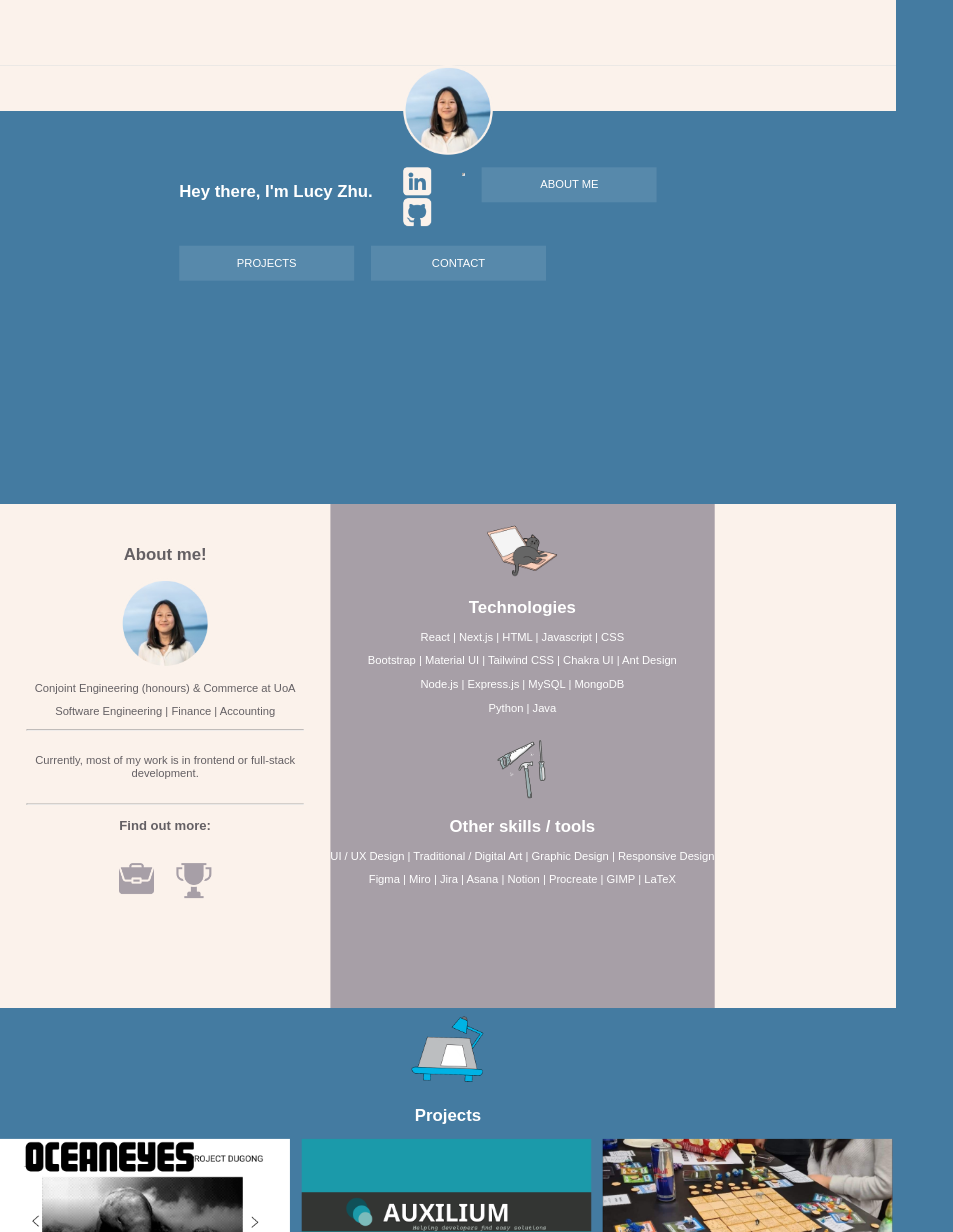
Repository: lukisoo/lukisoo-portfolio
Page: /
The author's editor kept a copy of each file at every save. The page is drawn from the files as they stood at one save, then again after the next save.
The browser window is 1280 px wide. The page is 1280 px wide, then 1362 px, so the pictures cover 1362 px, including what lies to the right of the window. The pictures show the part of the page from y = 0 to 1760 px (the page is 3490 px tall), at 70% of full size.
The project was rebuilt for these pictures with package versions that can differ from the ones it lists, and the page was loaded fresh each time.

Above is the page before, as saved 2022-07-31 17:49:17.

### public/index.html
<!DOCTYPE html>
<html lang="en">
  <head>
    <meta charset="utf-8" />
    <link rel="icon" href="%PUBLIC_URL%/favicon.ico" />
    <meta name="viewport" content="width=device-width, initial-scale=1" />
    <meta name="theme-color" content="#000000" />
    <meta
      name="description"
      content="Web site created using create-react-app"
    />
    <link rel="apple-touch-icon" href="%PUBLIC_URL%/logo192.png" />
    <!--
      manifest.json provides metadata used when your web app is installed on a
      user's mobile device or desktop. See https://developers.google.com/web/fundamentals/web-app-manifest/
    -->
    <link rel="manifest" href="%PUBLIC_URL%/manifest.json" />
    <!--
      Notice the use of %PUBLIC_URL% in the tags above.
      It will be replaced with the URL of the `public` folder during the build.
      Only files inside the `public` folder can be referenced from the HTML.

      Unlike "/favicon.ico" or "favicon.ico", "%PUBLIC_URL%/favicon.ico" will
      work correctly both with client-side routing and a non-root public URL.
      Learn how to configure a non-root public URL by running `npm run build`.
    -->
    <title>Lucy Zhu's Portfolio</title>
  </head>
  <body>
    <noscript>You need to enable JavaScript to run this app.</noscript>
    <div id="root"></div>
    <!--
      This HTML file is a template.
      If you open it directly in the browser, you will see an empty page.

      You can add webfonts, meta tags, or analytics to this file.
      The build step will place the bundled scripts into the <body> tag.

      To begin the development, run `npm start` or `yarn start`.
      To create a production bundle, use `npm run build` or `yarn build`.
    -->
  </body>
</html>

### src/index.js
import React from "react";
import {
  BrowserRouter as Router,
  Route,
  BrowserRouter,
} from "react-router-dom";
import ReactDOM from "react-dom/client";
import "./index.css";
import App from "./App";
import reportWebVitals from "./reportWebVitals";

const root = ReactDOM.createRoot(document.getElementById("root"));
root.render(
  <React.StrictMode>
    <BrowserRouter>
        <App />
    </BrowserRouter>
  </React.StrictMode>
);

// If you want to start measuring performance in your app, pass a function
// to log results (for example: reportWebVitals(console.log))
// or send to an analytics endpoint. Learn more: https://bit.ly/CRA-vitals
reportWebVitals();

### src/index.css
@import url('https://fonts.googleapis.com/css2?family=Source+Sans+Pro:ital,wght@0,200;0,300;0,400;0,600;0,700;0,900;1,200;1,300;1,400;1,600;1,700;1,900&display=swap');

body {
  margin: 0;
  /* font-family: -apple-system, BlinkMacSystemFont, 'Segoe UI', 'Roboto', 'Oxygen',
    'Ubuntu', 'Cantarell', 'Fira Sans', 'Droid Sans', 'Helvetica Neue',
    sans-serif; */
    font-family: arial;
  -webkit-font-smoothing: antialiased;
  -moz-osx-font-smoothing: grayscale;
  background-color: #447BA1;
  color: white;
  /* font-family: 'Source Sans Pro', sans-serif; */
  overflow-x: hidden;
  scroll-behavior: smooth;
}

code {
  font-family: source-code-pro, Menlo, Monaco, Consolas, 'Courier New',
    monospace;
}

a {
  text-decoration: none;
}

### src/App.js
import "./App.css";

import { Link } from "react-router-dom";
import { Tooltip, Grid } from "@mui/material";
import { motion } from "framer-motion";

import ProjectsData from "./data/projectsData";

import ProfilePhoto from "./images/header/profile-photo.png";
import LinkedinLogo from "./images/header/linkedin-logo.png";
import GithubLogo from "./images/header/github-logo.png";
import ExperienceLogo from "./images/about-me/experience.png";
import AchievementsLogo from "./images/about-me/achievements.png";

import Laptop from "./images/about-me/laptop.gif";
import Tools from "./images/about-me/tools.gif";
import Projects from "./images/projects-section/projects.gif";
import Contact from "./images/contact/contact.gif";

function App() {
  return (
    <div className="App">
      <header className="full-section">
        <div className="header-image">
          <img
            src={ProfilePhoto}
            className="profile-photo"
            alt="Profile Photo"
          />
        </div>

        <div className="header-content">
          <Grid container spacing={3}>
            <Grid item xs={12} md={12}>
              <motion.div
                viewport={{ once: true }}
                transition={{ duration: 1 }}
                whileInView={{ y: ["-2000px", "0px", "-50px", "0px"] }}
              >
                <h2>Hey there, I'm Lucy Zhu.</h2>
              </motion.div>
            </Grid>
            <Grid item xs={12} md={12}>
              <Tooltip title="LinkedIn">
                <a href="https://www.linkedin.com/in/lucyzhu613/">
                  <img
                    src={LinkedinLogo}
                    className="social-logo"
                    alt="Linkedin Logo"
                  />
                </a>
              </Tooltip>
              <Tooltip title="Github">
                <a href="https://github.com/lukisoo">
                  <img
                    src={GithubLogo}
                    className="social-logo"
                    alt="Github Logo"
                  />
                </a>
              </Tooltip>
            </Grid>
            <Grid item xs={12} md={12}>
              <hr className="header-divider" />
            </Grid>
            <Grid item xs={12} md={4}>
              <a href="#about-me-section">
                <div className="box-1">
                  <div className="btn btn-one">
                    <span>ABOUT ME</span>
                  </div>
                </div>
              </a>
            </Grid>
            <Grid item xs={12} md={4}>
              <a href="#projects-section">
                <div className="box-1">
                  <div className="btn btn-one">
                    <span>PROJECTS</span>
                  </div>
                </div>
              </a>
            </Grid>
            <Grid item xs={12} md={4}>
              <a href="#contact-section">
                <div className="box-1">
                  <div className="btn btn-one">
                    <span>CONTACT</span>
                  </div>
                </div>
              </a>
            </Grid>
          </Grid>
        </div>
      </header>

      <section id="about-me-section" className="full-section">
        <motion.div
          viewport={{ once: true }}
          transition={{ duration: 1 }}
          whileInView={{ y: ["-2000px", "0px", "-50px", "-25px"] }}
        ></motion.div>
        <div className="about-me-content">
          <Grid container spacing={0}>
            <Grid item xs={12} md={4}>
              <div className="about-me-left">
                {" "}
                <div className="details-content">
                  {" "}
                  <motion.div
                    viewport={{ once: true }}
                    transition={{ duration: 1 }}
                    whileInView={{ y: ["-200px", "0px", "-50px", "0px"] }}
                  >
                    <h1>About me!</h1>
                    <img
                      src={ProfilePhoto}
                      className="profile-photo"
                      alt="Profile Photo"
                    />
                    <p>Conjoint Engineering (honours) & Commerce at UoA</p>
                    <p>Software Engineering | Finance | Accounting</p>
                    <hr />
                    <p>
                      <br />
                      Currently, most of my work is in frontend or full-stack
                      development.
                      <br />
                      <br />
                    </p>
                    <hr />
                    <h3>Find out more:</h3>
                    <div className="about-me-logo-section">
                      <Tooltip title="Experience">
                        <img
                          src={ExperienceLogo}
                          className="about-me-logo"
                          alt="Experience Logo"
                        />
                      </Tooltip>
                      <Tooltip title="Achievements">
                        <img
                          src={AchievementsLogo}
                          className="about-me-logo"
                          alt="Achievements Logo"
                        />
                      </Tooltip>
                    </div>{" "}
                  </motion.div>
                </div>
              </div>
            </Grid>
            <Grid item xs={12} md={8}>
              <div className="about-me-right">
                <div className="skills-content">
                  <motion.div
                    viewport={{ once: true }}
                    transition={{ duration: 1 }}
                    whileInView={{ y: ["-200px", "0px", "-50px", "0px"] }}
                  >
                    <img src={Laptop} className="laptop-gif" alt="Laptop" />
                    <h2>Technologies</h2>
                    <p>React | Next.js | HTML | Javascript | CSS</p>
                    <p>
                      Bootstrap | Material UI | Tailwind CSS | Chakra UI | Ant
                      Design
                    </p>
                    <p>Node.js | Express.js | MySQL | MongoDB</p>
                    <p>Python | Java</p>
                    <br />{" "}
                  </motion.div>{" "}
                  <motion.div
                    viewport={{ once: true }}
                    transition={{ duration: 1 }}
                    whileInView={{ y: ["-200px", "0px", "-50px", "0px"] }}
                  >
                    <img src={Tools} className="tools-gif" alt="Tools" />
                    <h2>Other skills / tools</h2>
                    <p>
                      UI / UX Design | Traditional / Digital Art | Graphic
                      Design | Responsive Design
                    </p>
                    <p>
                      Figma | Miro | Jira | Asana | Notion | Procreate | GIMP |
                      LaTeX
                    </p>{" "}
                  </motion.div>
                </div>
              </div>
            </Grid>
          </Grid>
        </div>
      </section>

      <section id="projects-section" className="full-section-projects">
        <div>
          <img src={Projects} className="projects-gif" alt="Projects" />
          <h1>Projects</h1>
          <Grid container spacing={2}>
            {ProjectsData.map((Project, i) => (
              <Grid item xs={6} md={4}>
                <div className="project-box">
                  <img
                    src={Project.header}
                    className="project-header-image"
                    alt={Project.title}
                  />
                  <h3>{Project.title}</h3>
                  <h4>{Project.affiliation}</h4>
                  <div
                    className="project-bottom-bar"
                    style={{ backgroundColor: Project.color }}
                  ></div>
                </div>
              </Grid>
            ))}
          </Grid>
        </div>
      </section>

      <section id="contact-section" className="full-section">
        <div className="contact-content">
          <img
            src={Contact}
            className="contact-gif"
            alt="Paper Plane - Contact"
          />
          <h1>Contact me!</h1>
          <Grid container spacing={2}>
            <Grid item xs={6} md={8}></Grid>
            <Grid item xs={6} md={4}></Grid>
            <Grid item xs={6} md={4}></Grid>
            <Grid item xs={6} md={8}></Grid>
          </Grid>
        </div>
      </section>
    </div>
  );
}

export default App;

### src/App.css
.App {
  text-align: center;
  margin: 0;
}

/* Section Content */
.full-section {
  height: 100vh;
  width: 100vw;
}

.full-section-projects {
  width: 100vw;
  height: auto;
}

/* Buttons */
.box-1 {
  /* background-color: hsl(0, 100%, 70%);  */
  width: 250px;
  margin: auto;
}

.btn {
  line-height: 50px;
  height: 50px;
  text-align: center;
  width: 250px;
  cursor: pointer;
}

.btn-one {
  color: #fff;
  transition: all 0.3s;
  position: relative;
}
.btn-one span {
  transition: all 0.3s;
}
.btn-one::before {
  content: "";
  position: absolute;
  bottom: 0;
  left: 0;
  width: 100%;
  height: 100%;
  z-index: 1;
  opacity: 0;
  transition: all 0.3s;
  border-top-width: 1px;
  border-bottom-width: 1px;
  border-top-style: solid;
  border-bottom-style: solid;
  border-top-color: rgba(255, 255, 255, 0.5);
  border-bottom-color: rgba(255, 255, 255, 0.5);
  transform: scale(0.1, 1);
}
.btn-one:hover span {
  letter-spacing: 2px;
}
.btn-one:hover::before {
  opacity: 1;
  transform: scale(1, 1);
}
.btn-one::after {
  content: "";
  position: absolute;
  bottom: 0;
  left: 0;
  width: 100%;
  height: 100%;
  z-index: 1;
  transition: all 0.3s;
  background-color: rgba(255, 255, 255, 0.1);
}
.btn-one:hover::after {
  opacity: 0;
  transform: scale(0.1, 1);
}

/* Header CSS */
.header-content {
  width: 60vw;
  height: 70vh;
  margin: 0 auto 0 auto;
  margin-top: 2vh;
  /* background-color: red; */
}

.header-divider {
  color: white;
  border-width: 2px;
}

.header-image {
  background: linear-gradient(180deg, #fbf2eb 50%, #ffffff00 50%);
  border-top: 13vh solid #fbf2eb;
  width: 100vw;
  height: auto;
}

.profile-photo {
  width: 10vw;
  height: auto;
}

.social-logo {
  width: 40px;
  height: auto;
  padding: 0 1% 0 1%;
}

.social-logo:hover {
  opacity: 0.8;
  cursor: pointer;
}

/* About Me CSS */
#about-me-section {
  background-color: #fbf2eb;
}

.about-me-content {
  height: 100vh;
  width: 100vw;
}

.about-me-logo-section {
  /* height: 100px; */
}

.about-me-logo {
  width: 50px;
  margin: 5% 3% 0 3%;
  padding: 1%;
}

.about-me-logo:hover {
  border-radius: 15px;
  /* border: 1px solid #A79FA7; */
  opacity: 0.8;
  cursor: pointer;
}

.about-me-left {
}

.details-content {
  padding: 8% 8% 8% 8%;
  color: #646064;
}

.about-me-right {
  background-color: #a79fa7;
  height: 100vh;
}

.skills-content {
  padding: 5% 0 5% 0;
}

.laptop-gif {
  width: 8vw;
}

.tools-gif {
  width: 6vw;
}

/* Projects CSS */
.projects-gif {
  width: 9vw;
}

.project-bottom-bar {
  height: 10px;
  width: 100%;
}

project-header-image {
  width: 100%

}

/* Contact CSS */

#contact-section {
  background-color: #fbf2eb;
}

.contact-content {
  color: #646064;
}

.contact-gif {
  width: 10vw;
}

### src/data/projectsData.js
import OceanEyes from "../images/projects-section/header-images/oceaneyes.png";
import Auxilium from "../images/projects-section/header-images/auxilium.png";
import Habidapt from "../images/projects-section/header-images/habidapt.png";
import Discover from "../images/projects-section/header-images/discover.png";
import Procast from "../images/projects-section/header-images/procast.png";
import PlectrumSite from "../images/projects-section/header-images/plectrum-site.png";
import ProjectMixSite from "../images/projects-section/header-images/project-mix-site.png";
import HappinessHaven from "../images/projects-section/header-images/happiness-haven.png";
import BeverageBinge from "../images/projects-section/header-images/beverage-binge.png";

const projectsData = [
  {
    id: 0,
    title: "OceanEyes",
    header: OceanEyes,
    affiliation: "Centrality Blockchain Hackathon 2021",
    description:
      "OceanEyes is a project created for the 2021 CENNZ Blockchain Hackathon. An ocean health and biodiversity project which aims to ensure the transparency and credibility of fisheries and conservations by using NFT and blockchain during issuance of certifications and charity efforts.",
    color: "#FFFFFF",
  },
  {
    id: 1,
    title: "Auxilium",
    header: Auxilium,
    affiliation: "DEVS Hackathon 2021",
    description:
      "Auxilium is a project created for the 2021 DEVS Hackathon (themed 'Devs for Devs') that secured our group 3rd place. The lack of a beginner-friendly community is a real issue, so we created one ourselves. This web app includes a Q&A, groups, achievements, and challenges, alongside many other features that allow beginner developers to help each other, connect with one another, and encourage them to gain more skills and opportunities.",
    color: "#1B9AAA",
  },
  {
    id: 2,
    title: "Habidapt",
    header: Habidapt,
    affiliation: "Kiwijam 2021",
    description:
      "Created a board game, 'Habidapt', for the 2021 KiwiJam, which was themed 'adapt'. Habidapt involved strategically transformaing into different animals to enter different terrains to gain the most tokens possible. We illustrated our designs, laser cut the board and tokens, 3d printed our animal game pieces, and spent a very long time figuring out game logic.",
    color: "#454140",
  },
  {
    id: 3,
    title: "Discover",
    header: Discover,
    affiliation: "MYOB IT Challenge 2021",
    description:
      "'Discover' is a web app created for the 2021 MYOB IT Challenge, which had a theme that invovled helping small NZ and Australian Businesses. It is very difficult and costly for small businesses to get the exposure they deserve, so our platform aims to increase their exposure to a wider audience. Businesses can register themselves onto the platform and showcase their products or services, view analytics, and provide discounts. Customers will be able to view this and refer their friends.",
    color: "#2D929F",
  },
  {
    id: 4,
    title: "Procast",
    header: Procast,
    affiliation: "WDCC x SESA Hackathon 2021",
    description:
      "An interesting web app which promotes a healthy 'work life balance' for the 2021 WDCC x SESA Hackathon themed 'pro-procrastination'. Basically a productivity tool that distracts you while you do work, and justifies that it's trying to help you keep that work life balance by taking breaks, showing you videos and events near you, and encouraging you to have fun with friends and family instead.",
    color: "#B4D2E7",
  },
  {
    id: 5,
    title: "Plectrum XR Site",
    header: PlectrumSite,
    affiliation: "Plectrum XR",
    description: "...",
    color: "#000000",
  },
  {
    id: 6,
    title: "Project Mix Site",
    header: ProjectMixSite,
    affiliation: "Plectrum XR",
    description: "...",
    color: "#0E0D0F",
  },
  {
    id: 7,
    title: "Happiness Haven",
    header: HappinessHaven,
    affiliation: "DEVS Hackathon 2022",
    description: "...",
    color: "#DFEEEE",
  },
  {
    id: 8,
    title: "Beverage Binge",
    header: BeverageBinge,
    affiliation: "WDCC x DEVS Hackathon 2022",
    description: "...",
    color: "#8093F1",
  },
];

export default projectsData;

Loaded but not shown: src/reportWebVitals.js (common file)

After the next save:
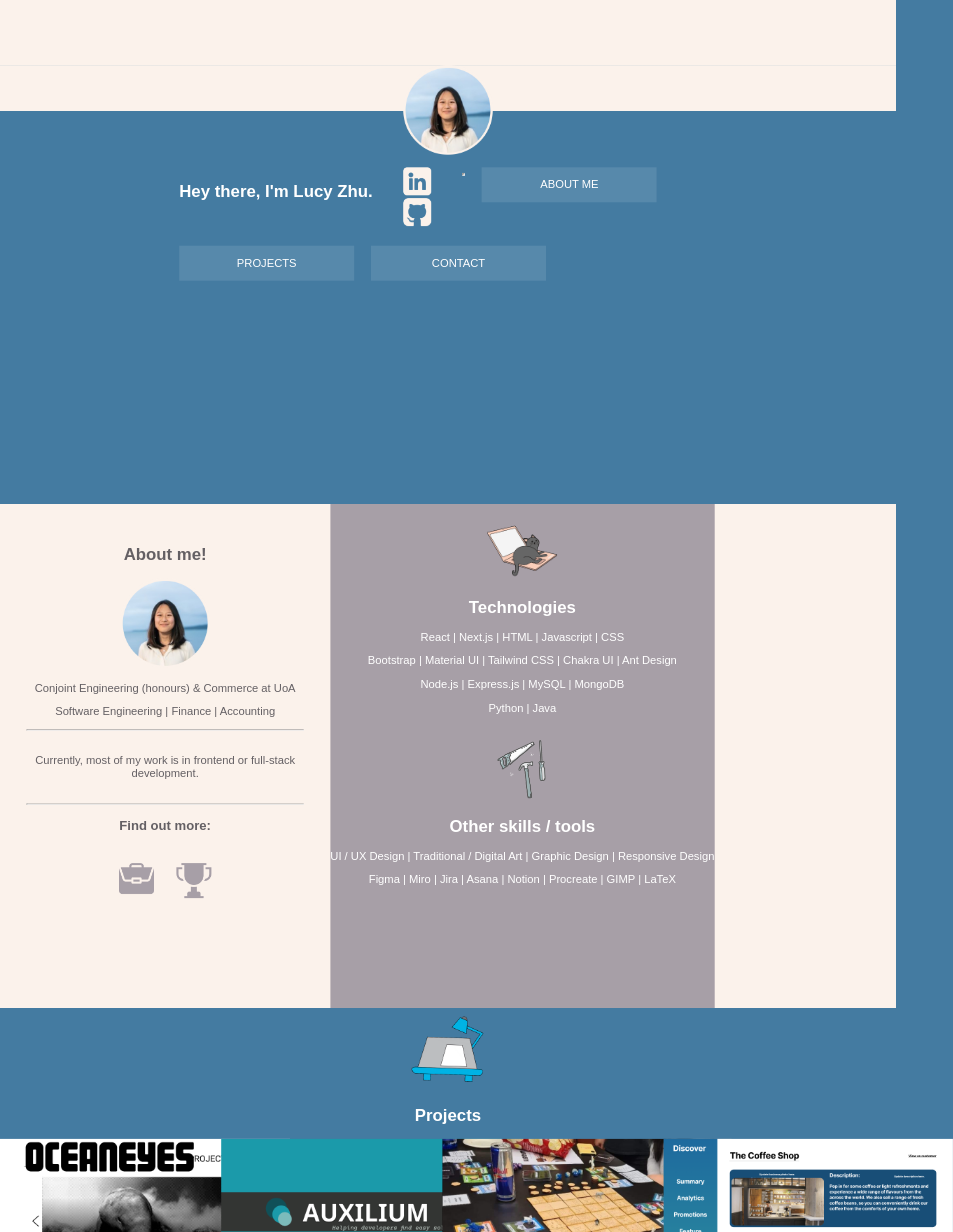
Saved 10 s later.
--- a/src/App.css
+++ b/src/App.css
@@ -172,6 +172,10 @@
   width: 9vw;
 }
 
+.project-box {
+  width: 300px;
+}
+
 .project-bottom-bar {
   height: 10px;
   width: 100%;
